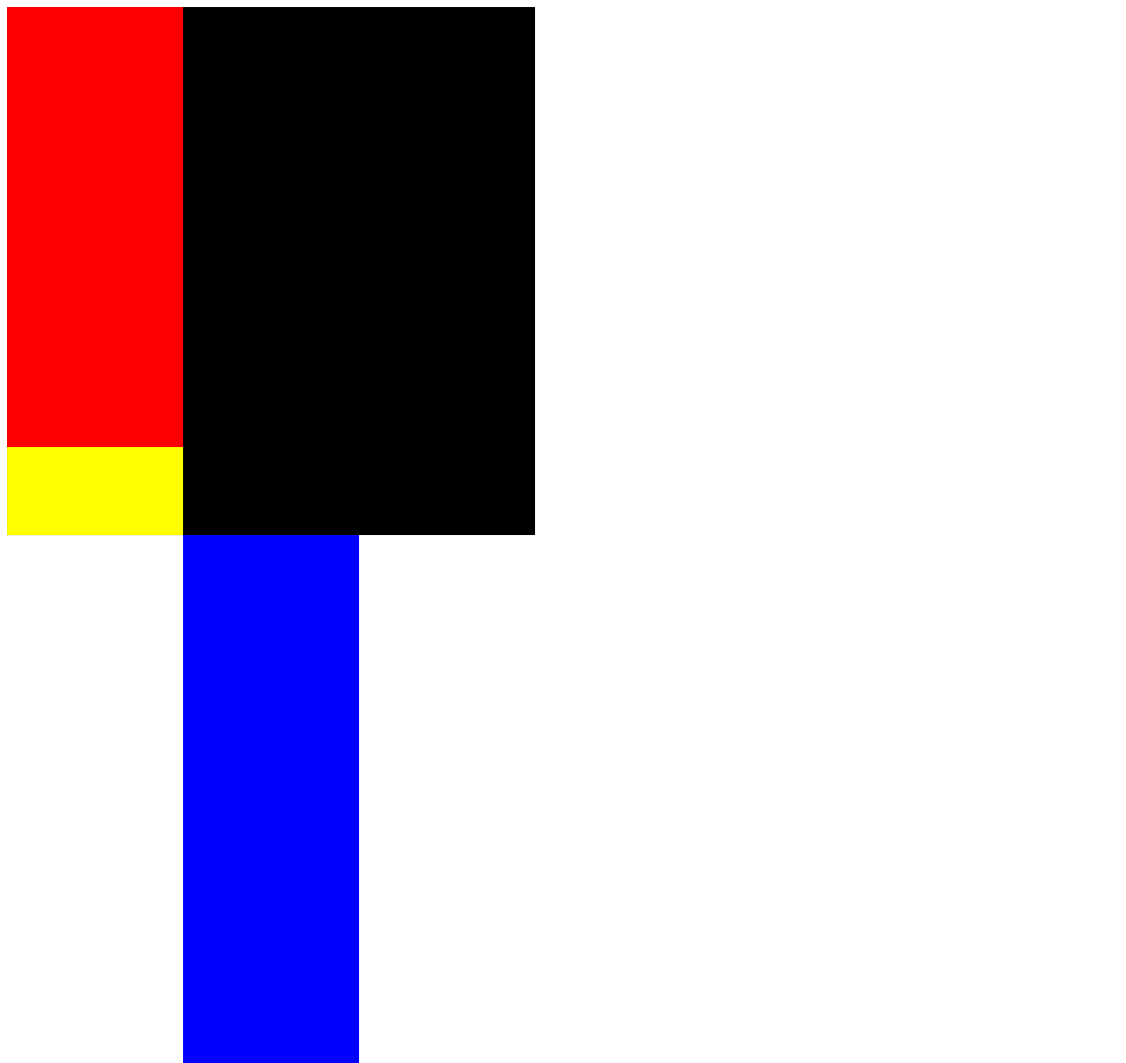
Repository: Seokho96/CSSPractice
Page: css/work01/WebContent/index01.html
These files come from the project's save history. The page is drawn as it stood at one moment and after the next save; the edit follows.
The browser window is 1280 px wide. The pictures show the whole page, at 88% of full size.

Above is the page before, as saved 2020-07-13 05:33:32.

### css/work01/WebContent/index01.html
<!DOCTYPE html>
<html>
<head>
<meta charset="UTF-8">
<title>Insert title here</title>

<style type="text/css">

#fullscreen{
   width: 600px;
   height: 600px;
   background-color: black;
}
#left{
   width: 200px;
   height: 600px;
   background-color: black;
}
#lefttop{
    width: 200px;
   height: 500px;
   background-color: red;
   float: left;
}
#leftdown{
     width:200px;
   height: 100px;
   background-color: yellow;
   float: left;
}
#middle{
    width:200px;
   height: 600px;
   background-color: blue;
   float:none;
   margin-left: 200px;
}


</style>
</head>
<body>

<div id="fullscreen">
<div id="left">
<div id="lefttop">
</div>
<div id="leftdown">
</div>
</div>
<div id="right">
<div id="righttop">
</div>
<div id="rightdown">
</div>
</div>
<div id="middle">
<div id="middletop">
</div>
<div id="middledown">
</div>
</div>
</div>
</body>
</html>

After the next save:
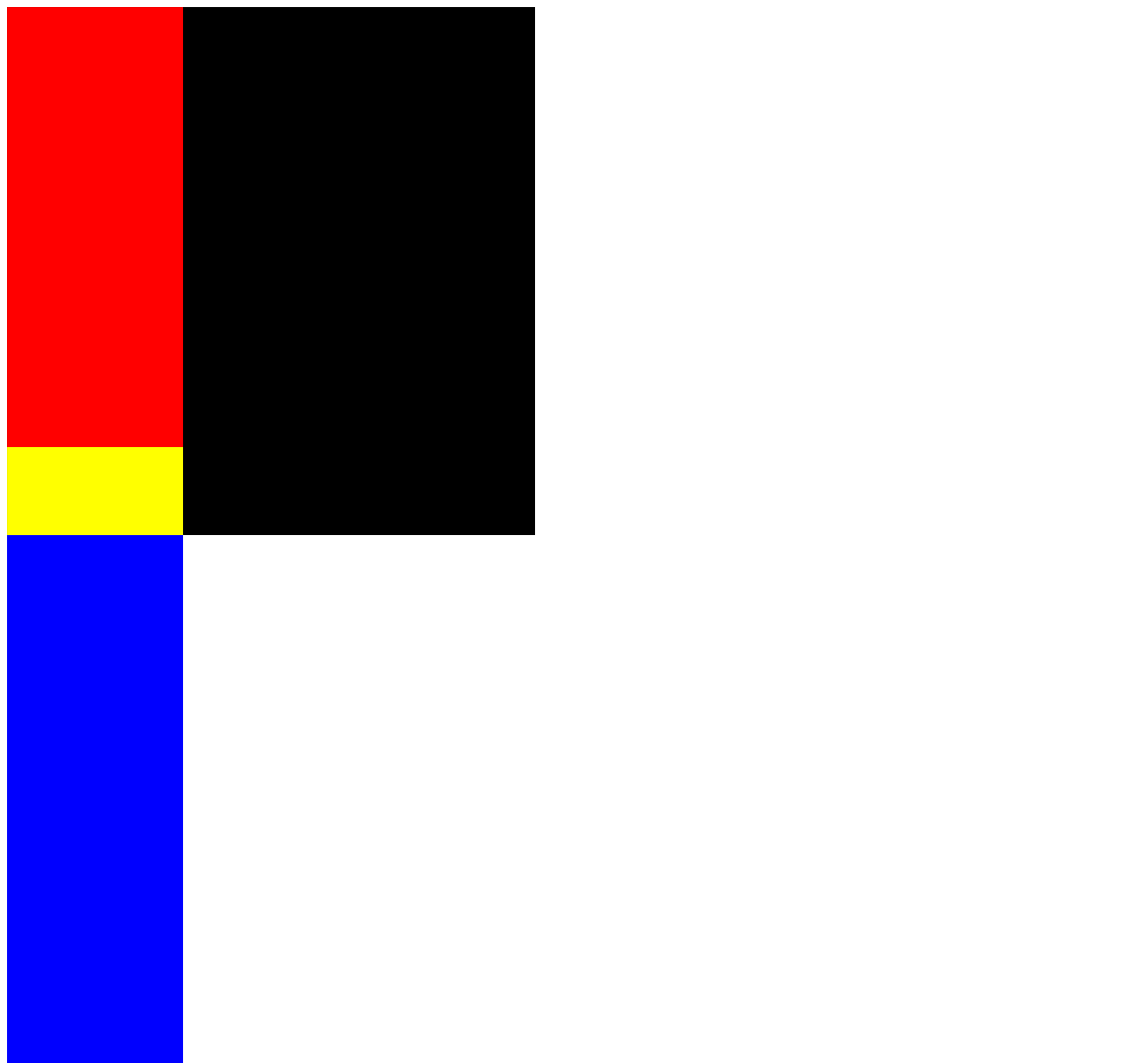
Saved 31 s later.
--- a/css/work01/WebContent/index01.html
+++ b/css/work01/WebContent/index01.html
@@ -32,8 +32,7 @@
     width:200px;
    height: 600px;
    background-color: blue;
-   float:none;
-   margin-left: 200px;
+
 }
 
 
